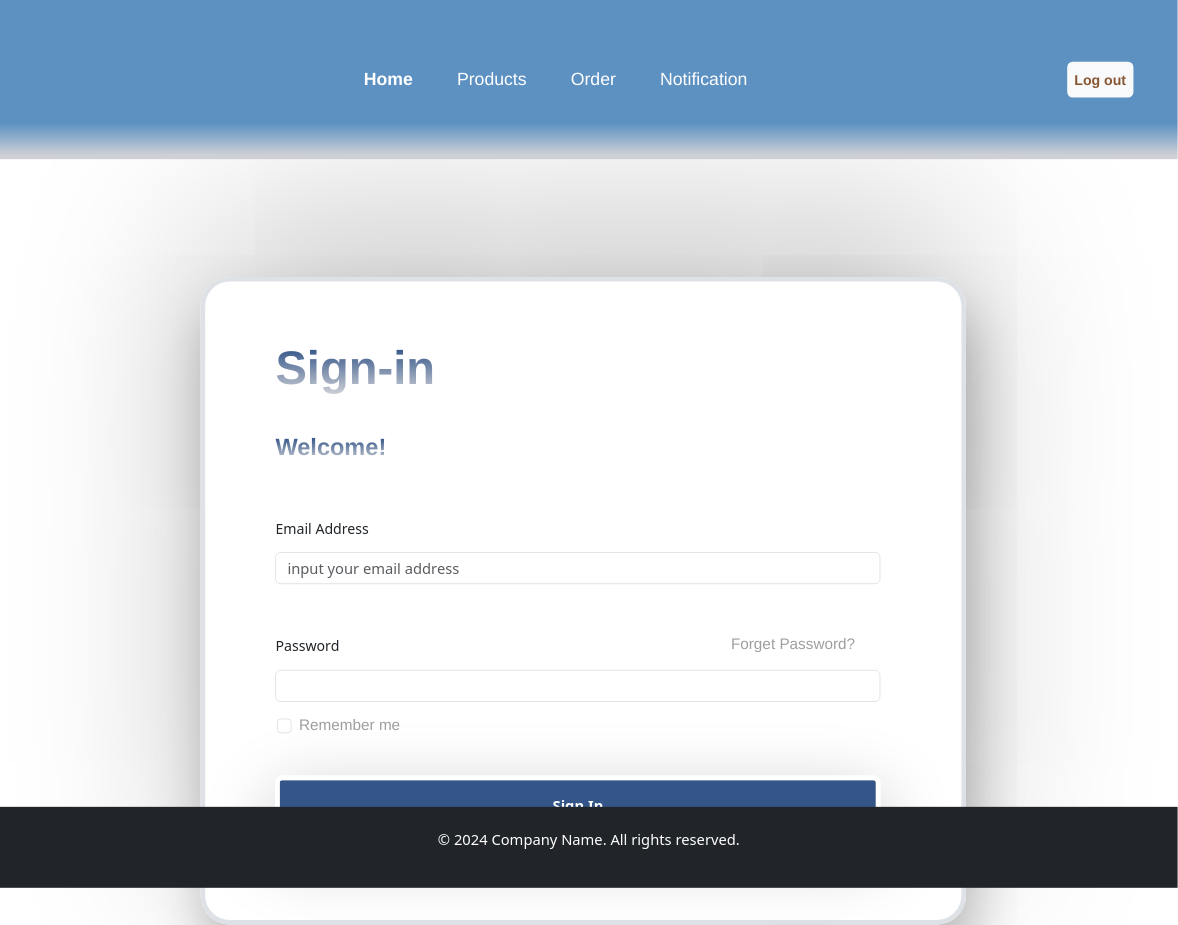
Repository: OVictor21/inventory
Page: /
These files come from the project's save history. The page is drawn as it stood at one moment and after the next save; the edit follows.
The browser window is 1280 px wide. The pictures show the whole page, at 92% of full size.
The project was rebuilt for these pictures with package versions that can differ from the ones it lists, and the page was loaded fresh each time.

Above is the page before, as saved 2024-12-14 09:57:20.

After the next save:
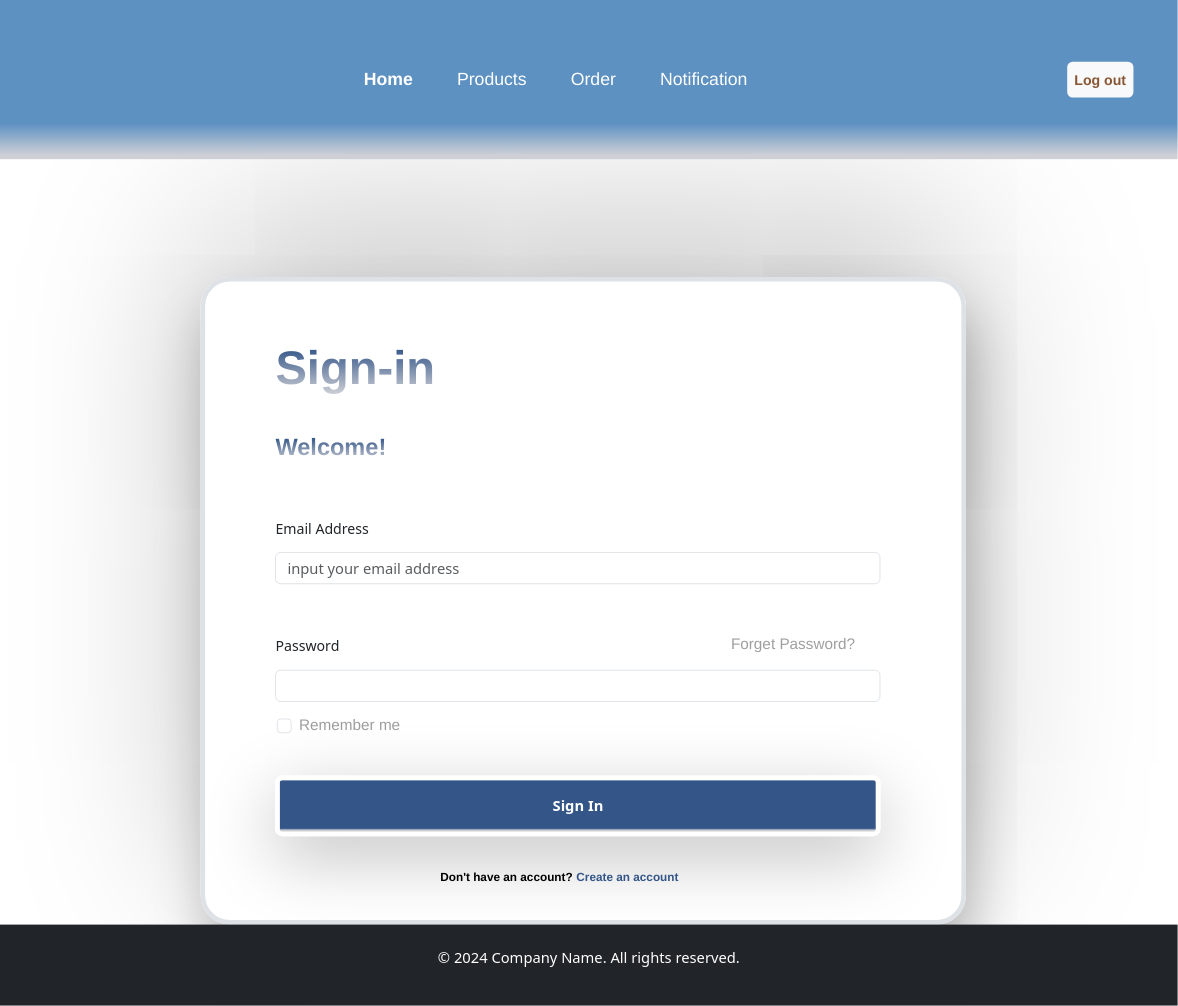
Saved 5 s later.
--- a/src/index.css
+++ b/src/index.css
@@ -193,7 +193,7 @@ font-size: 1.2vw;
 .footer-body{
   background-color: rgb(51, 85, 136);
 
-  top: 0vw;
+  top: 10vw;
 
 
 }
